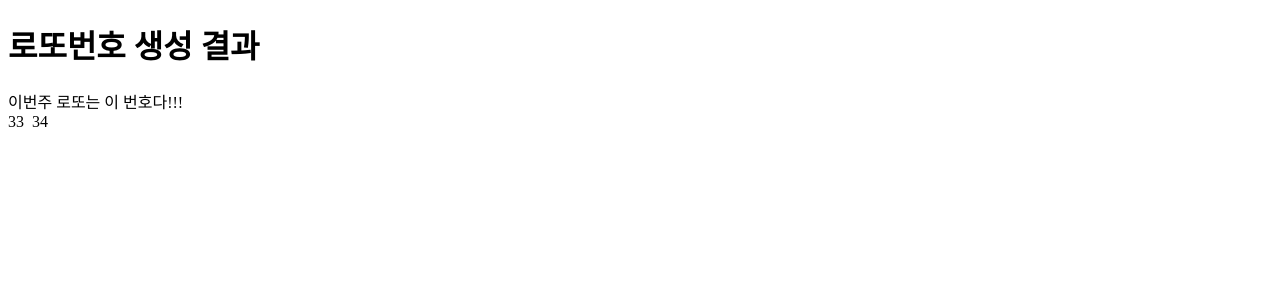
Repository: Yingjae/jsp_practice
Page: http://localhost/JSPBasic/JspTag/TagQ03.jsp
These files come from the project's save history. The page is drawn as it stood at one moment and after the next save; the edit follows.
The browser window is 1280 px wide. The pictures show the whole page.
The page is served by Tomcat 9.

Above is the page before, as saved 2022-02-03 01:24:49.

After the next save:
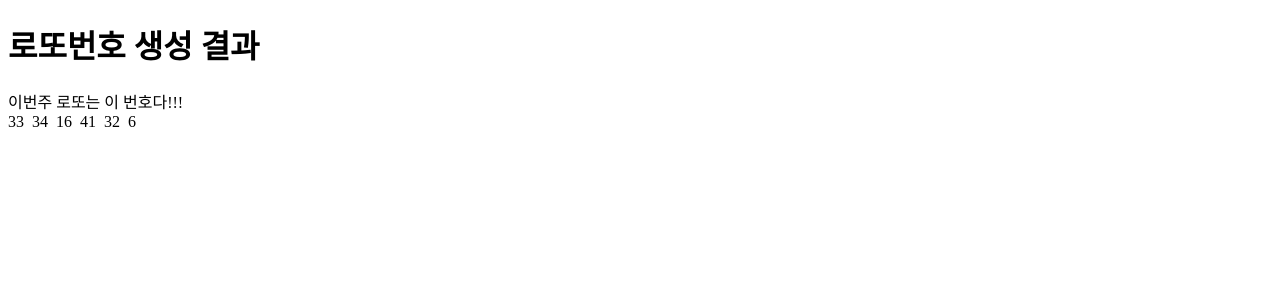
Saved 27 s later.
--- a/JSPBasic/src/main/webapp/JspTag/TagQ03.jsp
+++ b/JSPBasic/src/main/webapp/JspTag/TagQ03.jsp
@@ -14,7 +14,7 @@
 
 		int getNum = 0;
 
-		while(lotto.size() != 2) {
+		while(lotto.size() != 6) {
 			getNum = (int)(Math.random() * 45) + 1;
 			if(!lotto.contains(getNum)) {
 				lotto.add(getNum);
